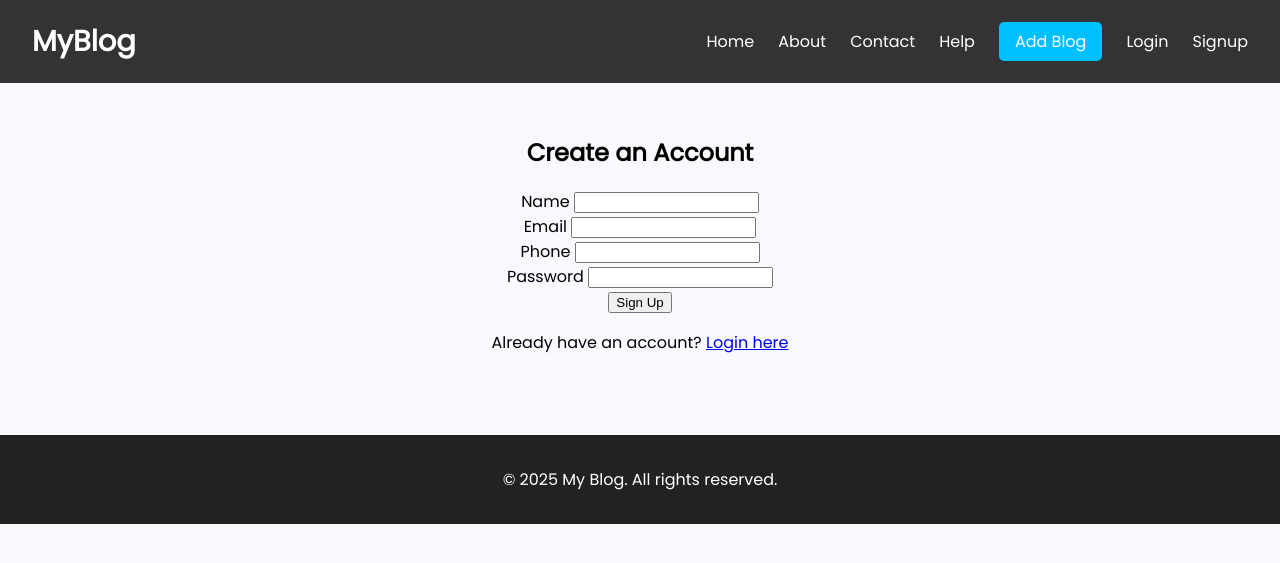
Repository: ankitg-02/FLASK
Page: http://localhost/signup
An editor plug-in stored every save of this project. The page is shown before and after the next save, followed by the edit.
The browser window is 1280 px wide. The pictures show the whole page.
The page is served by the project's application, run on Flask 3 (app.py).

Above is the page before, as saved 2025-05-19 16:28:36.

After the next save:
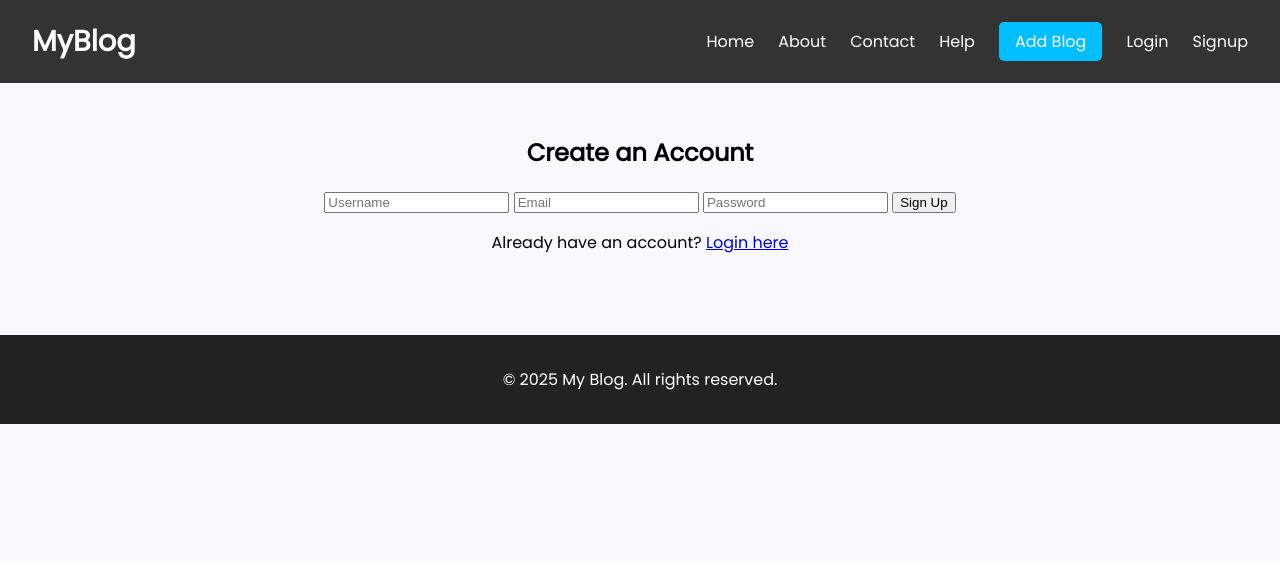
Saved 10 s later.
--- a/Project2/templates/signup.html
+++ b/Project2/templates/signup.html
@@ -1,26 +1,15 @@
-{% extends "base.html" %} {% block title %}Sign Up | My Blog{% endblock %} {%
-block content %}
-<h2 class="text-center">Create an Account</h2>
-<form method="POST" action="{{ url_for('signup') }}">
-  <div class="mb-3">
-    <label class="form-label">Name</label>
-    <input type="text" name="name" class="form-control" required />
-  </div>
-  <div class="mb-3">
-    <label class="form-label">Email</label>
-    <input type="email" name="email" class="form-control" required />
-  </div>
-  <div class="mb-3">
-    <label class="form-label">Phone</label>
-    <input type="tel" name="phone" class="form-control" />
-  </div>
-  <div class="mb-3">
-    <label class="form-label">Password</label>
-    <input type="password" name="password" class="form-control" required />
-  </div>
-  <button type="submit" class="btn btn-primary w-100">Sign Up</button>
-</form>
-<p class="text-center mt-3">
-  Already have an account? <a href="{{ url_for('login') }}">Login here</a>
-</p>
+{% extends 'base.html' %} {% block title %}Sign Up{% endblock %} {% block
+content %}
+<div class="form-container">
+  <h2>Create an Account</h2>
+  <form method="POST">
+    <input type="text" name="username" placeholder="Username" required />
+    <input type="email" name="email" placeholder="Email" required />
+    <input type="password" name="password" placeholder="Password" required />
+    <button type="submit" class="form-button">Sign Up</button>
+  </form>
+  <p>
+    Already have an account? <a href="{{ url_for('login') }}">Login here</a>
+  </p>
+</div>
 {% endblock %}
